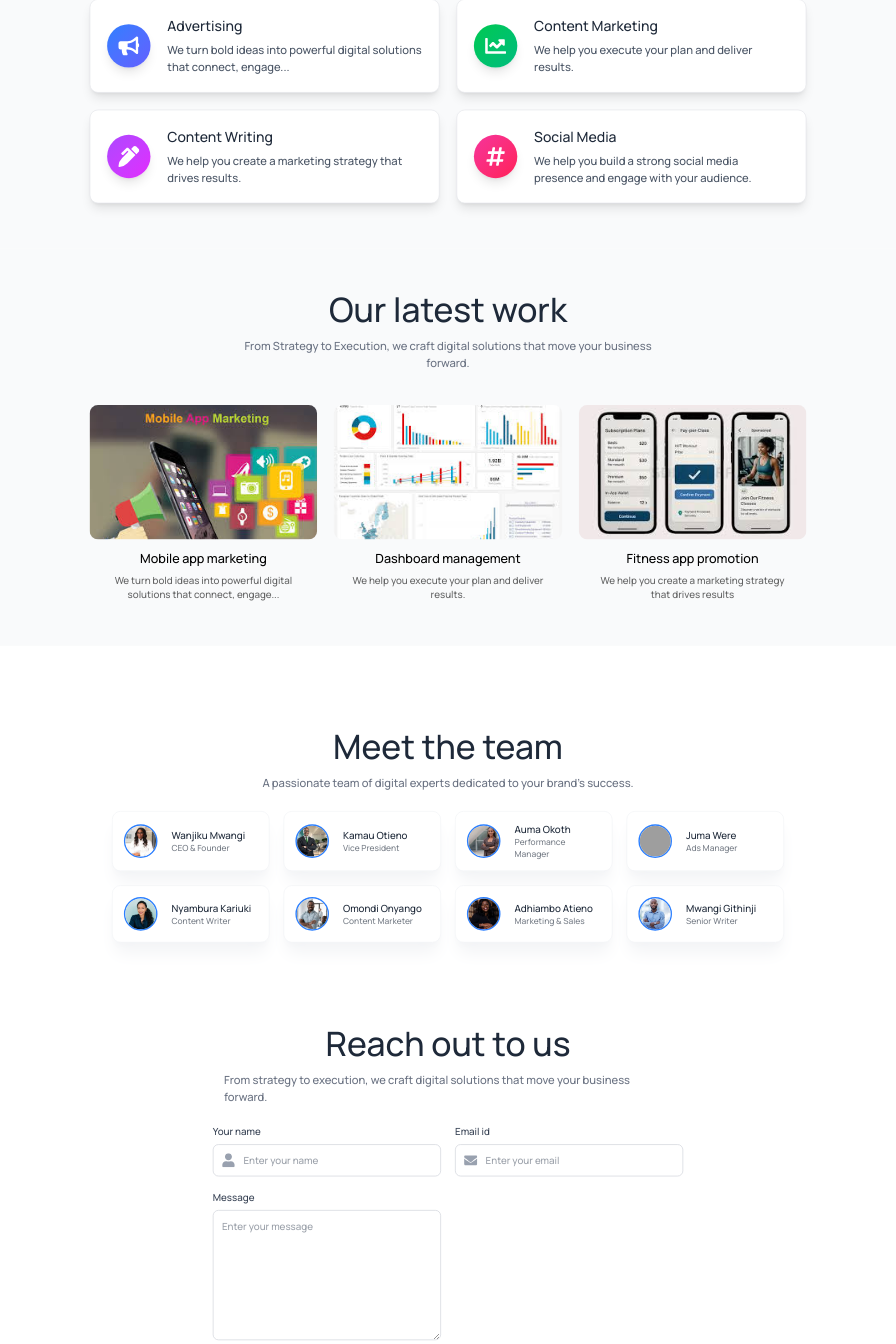
Repository: Prolenzy/magex
Page: /
An editor plug-in stored every save of this project. The page is shown before and after a run of saves, followed by the edit.
The browser window is 1280 px wide. The pictures show the part of the page from y = 1332 to 3252 px (the page is 3252 px tall), at 70% of full size.
Pictures or frames that could not be fetched are drawn as grey boxes. The project was rebuilt for these pictures with package versions that can differ from the ones it lists, and the page was loaded fresh each time. Also part of the build but not shown: vite.config.js.

Above is the page before, as saved 2025-08-17 03:28:19.

After the next 6 saves:
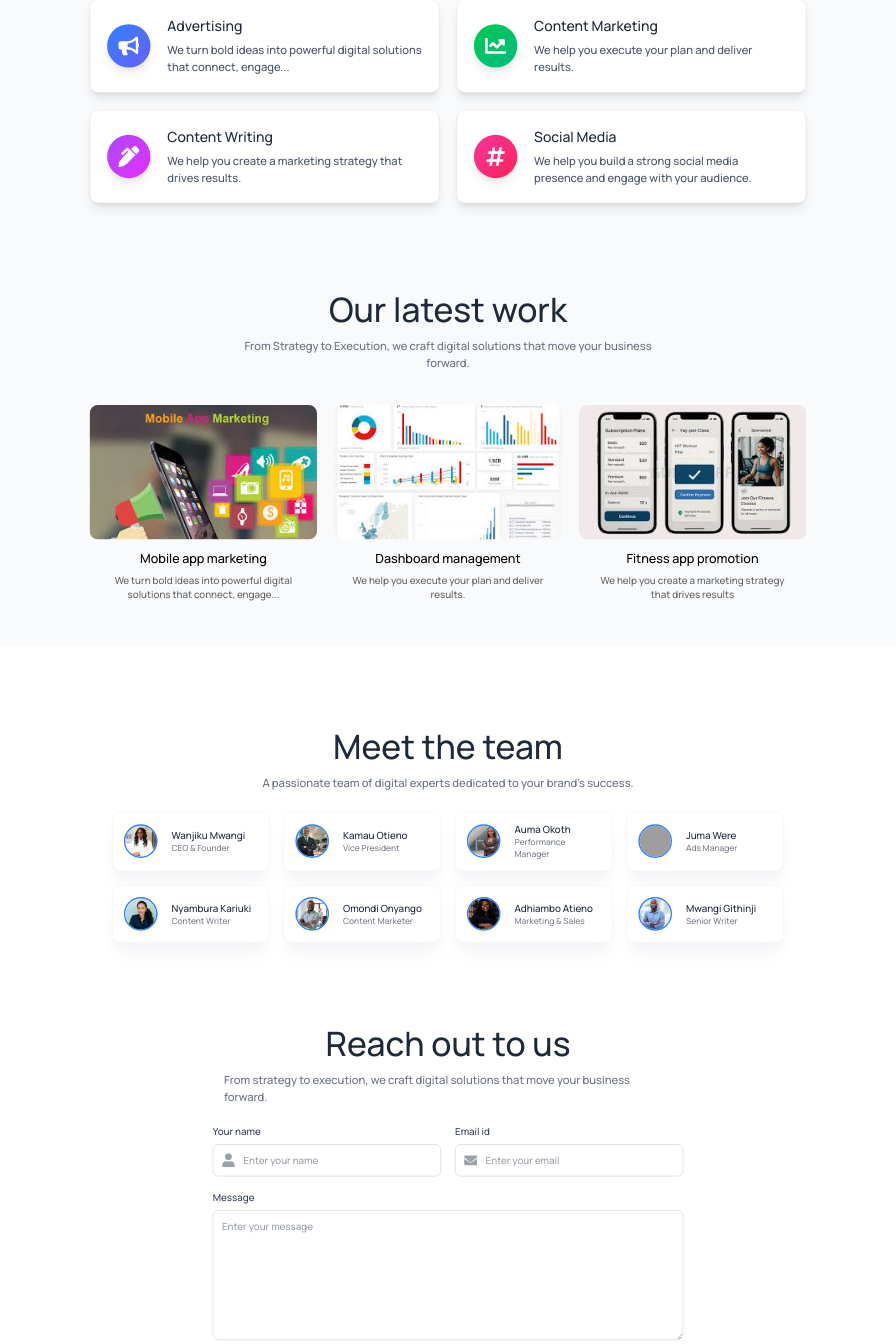
The 6 saves are shown as one change because they came seconds apart.
The last was saved 60 s later.
--- a/src/components/ContactUs.jsx
+++ b/src/components/ContactUs.jsx
@@ -35,7 +35,7 @@ const ContactUs = () => {
                     />
                 </div>
             </div>
-            <div>
+            <div className='sm:col-span-2'>
                 <p className='mb-2 text-sm font-medium'>Message</p>
                 <textarea rows={8} placeholder='Enter your message' className='w-full p-3 text-sm outline-none
                 rounded-lg border border-gray-300' />
